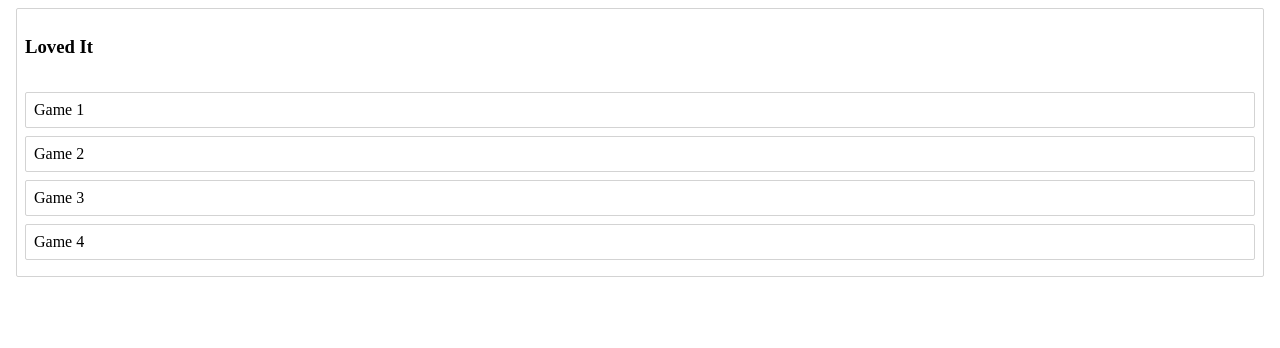
Repository: akiachenise/akiachenise.github.io
Page: / (app in JackboxGames_TierList_vanilla/tier-ranking/tier-list-app/)
The author's editor kept a copy of each file at every save. The page is drawn from the files as they stood at one save, then again after the next save.
The browser window is 1280 px wide. The pictures show the whole page.
The project was rebuilt for these pictures with package versions that can differ from the ones it lists, and the page was loaded fresh each time.

Above is the page before, as saved 2022-11-29 18:27:16.

### JackboxGames_TierList_vanilla/tier-ranking/tier-list-app/src/index.js
import React from 'react';
import ReactDOM from 'react-dom';
import '@atlaskit/css-reset';
import { DragDropContext } from 'react-beautiful-dnd';
import Column from './column'
import initialData from './initial-data';

class App extends React.Component {
  state = initialData

  onDragEnd = result => {
    const {destination, source, draggableId } = result;

    if(!destination) {
      return;
    }

    if (destination.droppableId === source.droppableId && destination.index === source.index) {
      return;
    }

    const column = this.state.columns[source.droppableId];
    const newTaskIds = Array.from(column.taskIds);
    newTaskIds.splice(source.index, 1);
    newTaskIds.splice(destination.index, 0, draggableId);

    const newColumn = {
      ...column,
      taskIds: newTaskIds,
    };

    const newState = {
      ...this.state,
      columns: {
        ...this.state.columns,
        [newColumn.id]: newColumn,
      },
    };

    this.setState(newState);
  }
  render() {
    return (

    <DragDropContext onDragEnd={this.onDragEnd}>
    {this.state.columnOrder.map((columnId) => {
      const column = this.state.columns[columnId];
      const tasks = column.taskIds.map(taskId => this.state.tasks[taskId]);

      return <Column key={column.id} column={column} tasks={tasks} />;
    })}
    </DragDropContext>
    );
  }
}

ReactDOM.render(<App />, document.getElementById('root'));

### JackboxGames_TierList_vanilla/tier-ranking/tier-list-app/src/column.js
import React from 'react';
import styled from 'styled-components';
import { Droppable } from 'react-beautiful-dnd';
import Task from './task';

const Container = styled.div`
  margin: 8px;
  border: 1px solid lightgrey;
  border-radius: 2px;
`;
const Title = styled.h3`
  padding: 8px;
`;
const TaskList = styled.div`
  padding: 8px;
`;

export default class Column extends React.Component {
  render() {
    return (
      <Container>
        <Title>{this.props.column.title}</Title>
        <Droppable droppableId={this.props.column.id}>
          {provided =>
            <TaskList
              ref={provided.innerRef}
              {...provided.droppableProps}
            >
              {this.props.tasks.map((task, index) => (
                <Task key={task.id} task={task} index={index} />
              ))}
              {provided.placeholder}
            </TaskList>
          }
        </Droppable>
      </Container>
    );
  }
}

### JackboxGames_TierList_vanilla/tier-ranking/tier-list-app/src/initial-data.js
const initialData = {
    tasks: {
      'task-1': { id: 'task-1', content: 'Game 1' },
      'task-2': { id: 'task-2', content: 'Game 2' },
      'task-3': { id: 'task-3', content: 'Game 3' },
      'task-4': { id: 'task-4', content: 'Game 4' },
    },
    columns: {
      'column-1': {
        id: 'column-1',
        title: 'Loved It',
        taskIds: ['task-1', 'task-2', 'task-3', 'task-4'],
      }
    },
    // Facilitate reordering of the columns
    columnOrder: [ 'column-1']
  };

  export default initialData;

### JackboxGames_TierList_vanilla/tier-ranking/tier-list-app/src/task.jsx
import React from 'react';
import styled from 'styled-components';
import { Draggable } from 'react-beautiful-dnd';

const Container = styled.div`
  border: 1px solid lightgrey;
  border-radius: 2px;
  padding: 8px;
  margin-bottom: 8px;
  background-color: white;
`;

export default class Task extends React.Component {
  render() {
    return (
    <Draggable draggableId={this.props.task.id} index={this.props.index}>
      {provided => (
        <Container
          ref={provided.innerRef}
          {...provided.draggableProps}
          {...provided.dragHandleProps}
        >
          {this.props.task.content}
        </Container>
      )}
    </Draggable>
    );
  }
}

Loaded but not shown: JackboxGames_TierList_vanilla/tier-ranking/tier-list-app/public/index.html (common file)

After the next save:
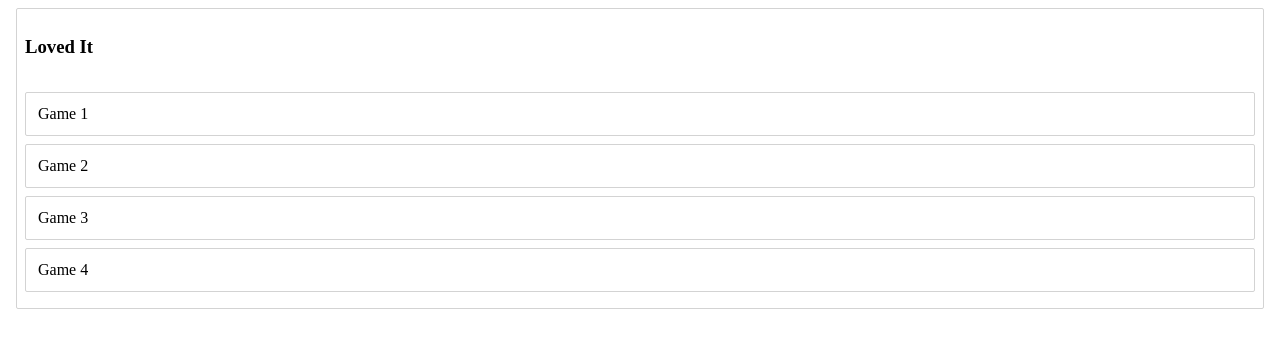
Saved 10 s later.
--- a/JackboxGames_TierList_vanilla/tier-ranking/tier-list-app/src/task.jsx
+++ b/JackboxGames_TierList_vanilla/tier-ranking/tier-list-app/src/task.jsx
@@ -5,7 +5,7 @@ import { Draggable } from 'react-beautiful-dnd';
 const Container = styled.div`
   border: 1px solid lightgrey;
   border-radius: 2px;
-  padding: 8px;
+  padding: 12px;
   margin-bottom: 8px;
   background-color: white;
 `;
